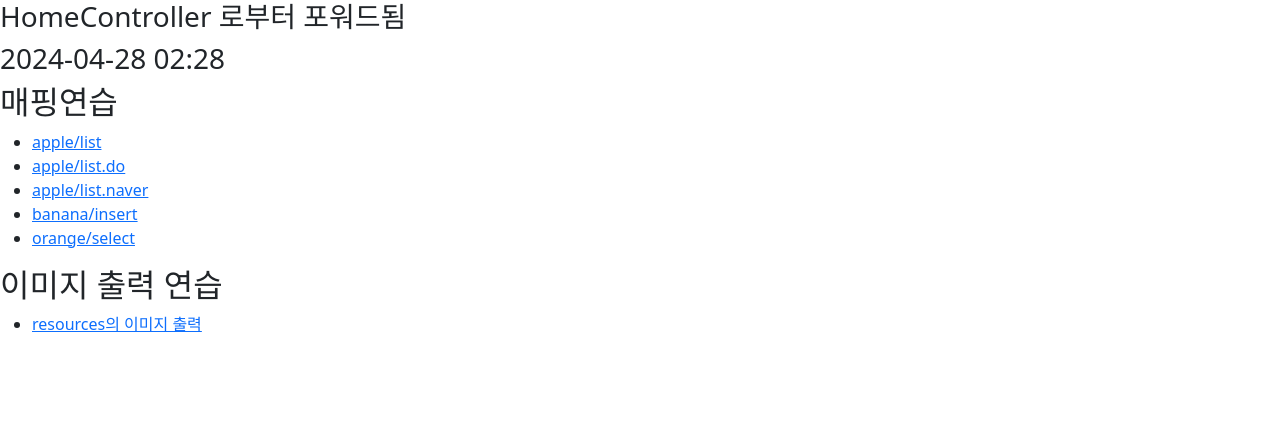
Repository: handongheee/Sist0103Project
Page: http://localhost/SpringMvcEx03/
These files come from the project's save history. The page is drawn as it stood at one moment and after the next save; the edit follows.
The browser window is 1280 px wide. The pictures show the whole page.
Some web fonts or font styles are not loaded; a fallback is used. The page is served by Tomcat 9. The template is opened directly, without the code that normally fills it, so the values that code supplies are empty.

Above is the page before, as saved 2024-05-02 02:33:08.

After the next save:
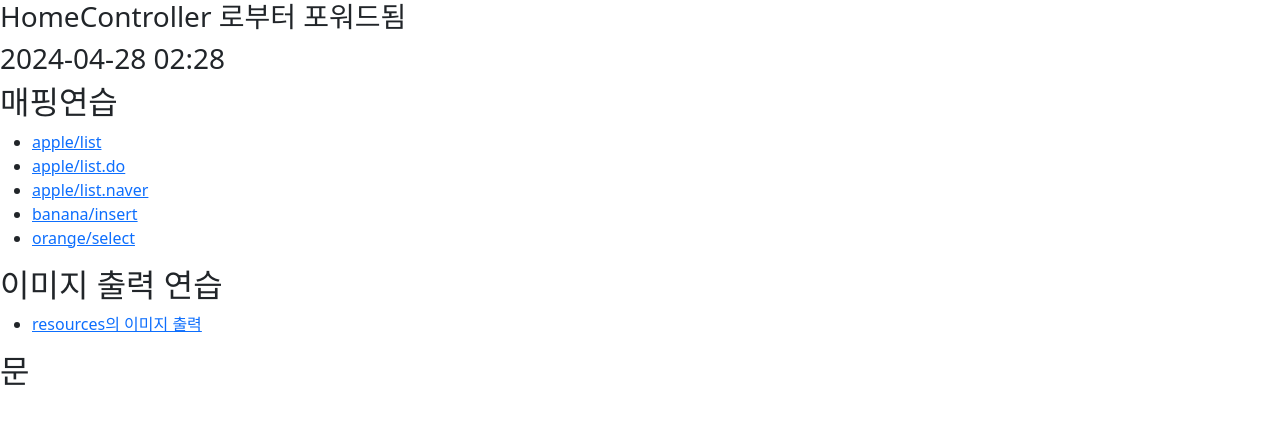
Saved 2 min 4 s later.
--- a/sts3work/SpringMvcEx03/src/main/webapp/WEB-INF/day0502/home.jsp
+++ b/sts3work/SpringMvcEx03/src/main/webapp/WEB-INF/day0502/home.jsp
@@ -31,5 +31,7 @@ rel="stylesheet">
 	<ul>
 		<li><a href="shop/detail">resources의 이미지 출력</a></li>
 	</ul>
+
+	<h2>문</h2>
 </body>
 </html>
